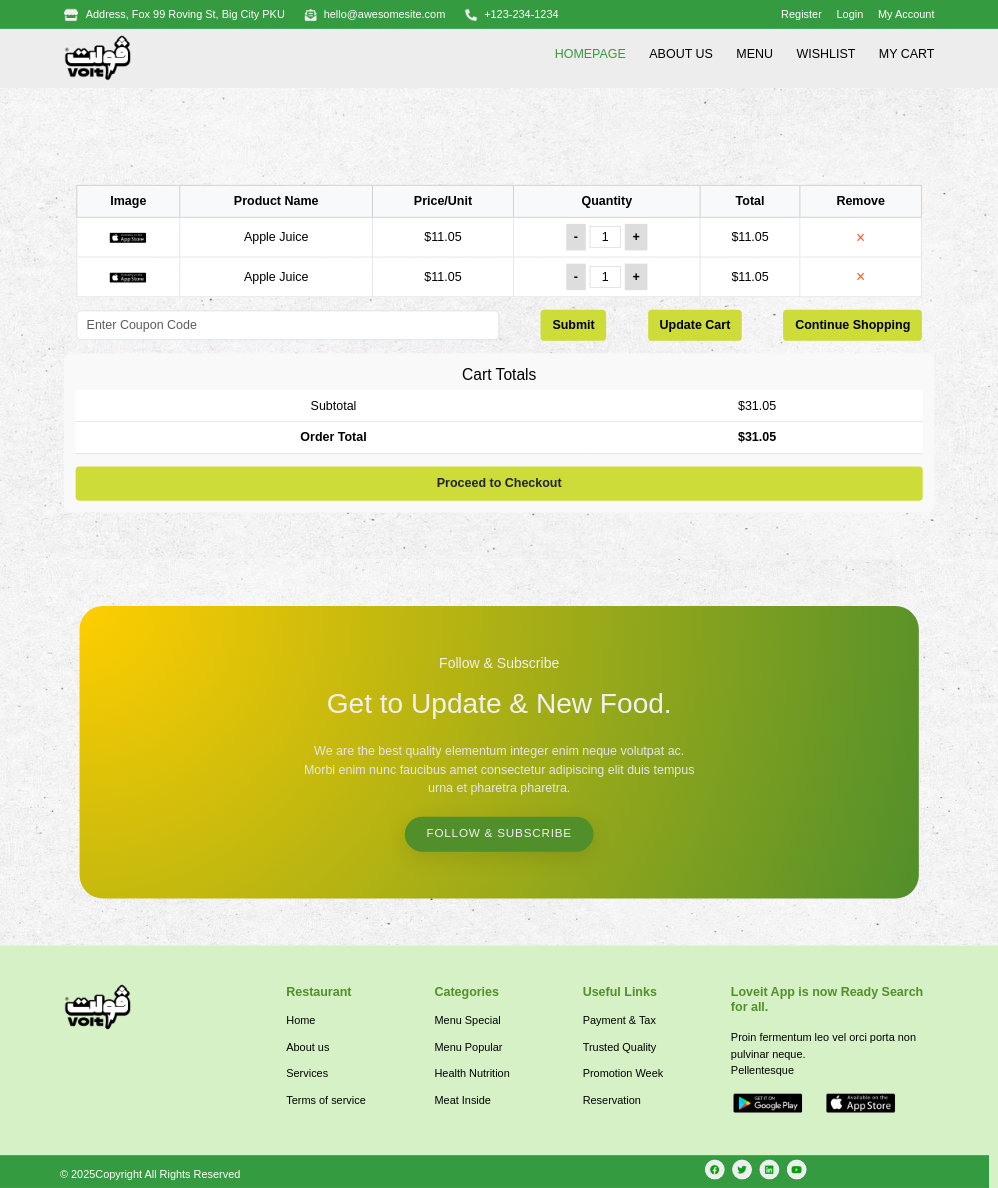
Repository: junivig/volt-new-project
Page: checkout.html
An editor plug-in stored every save of this project. The page is shown before and after the next save, followed by the edit.
The browser window is 1280 px wide. The pictures show the whole page, at 78% of full size.

Above is the page before, as saved 2025-01-31 17:59:34.

### checkout.html
<!DOCTYPE html>
<html lang="en">

<head>
  <meta charset="utf-8">
  <meta content="width=device-width, initial-scale=1.0" name="viewport">
  <title>Checkout - Voltfood</title>
  <meta name="description" content="">
  <meta name="keywords" content="">

  <!-- Favicons -->
  <link href="assets/img/favicon.png" rel="icon">
  <link href="assets/img/apple-touch-icon.png" rel="apple-touch-icon">

  <!-- Fonts -->
  <link href="https://fonts.googleapis.com" rel="preconnect">
  <link href="https://fonts.gstatic.com" rel="preconnect" crossorigin>
  <link href="https://fonts.googleapis.com/css2?family=Roboto:ital,wght@0,100;0,300;0,400;0,500;0,700;0,900;1,100;1,300;1,400;1,500;1,700;1,900&family=Raleway:ital,wght@0,100;0,200;0,300;0,400;0,500;0,600;0,700;0,800;0,900;1,100;1,200;1,300;1,400;1,500;1,600;1,700;1,800;1,900&family=Ubuntu:ital,wght@0,300;0,400;0,500;0,700;1,300;1,400;1,500;1,700&display=swap" rel="stylesheet">

  <!-- Vendor CSS Files -->
  <link href="assets/vendor/bootstrap/css/bootstrap.min.css" rel="stylesheet">
  <link href="assets/vendor/bootstrap-icons/bootstrap-icons.css" rel="stylesheet">
  <link href="assets/vendor/aos/aos.css" rel="stylesheet">
  <link href="assets/vendor/glightbox/css/glightbox.min.css" rel="stylesheet">
  <link href="assets/vendor/swiper/swiper-bundle.min.css" rel="stylesheet">

  <!-- Main CSS File -->
  <link href="assets/css/main.css" rel="stylesheet">

  <!-- =======================================================
  * Template Name: eNno
  * Template URL: https://bootstrapmade.com/enno-free-simple-bootstrap-template/
  * Updated: Aug 07 2024 with Bootstrap v5.3.3
  * Author: BootstrapMade.com
  * License: https://bootstrapmade.com/license/
  ======================================================== -->
</head>

<body class="index-page">

  <header id="header" class="header ">
    <div class="container-fluid  top-header">
      <div class="container-xl">
          <div class="row align-items-center">
              <div class="col-md-8 d-flex align-items-center">
                <nav id="navmenu" class="navmenu">
                  <ul>
                <li class="">
                  <img src="assets/img/location-icon.png" alt="Location Icon" class="icon-right">
                  <span class="top-header-text">Address, Fox 99 Roving St, Big City PKU</span>
              </li>
                <li class="">
                  <img src="assets/img/email-icon.png" alt="Email Icon" class="icon-right">
                  <span class="top-header-text">hello@awesomesite.com</span>
              </li>
              <li class="">
                <img src="assets/img/phone-icon.png" alt="Phone Icon" class="icon-right">
                <span class="top-header-text">+123-234-1234</span>
            </li>
                  </ul>
                </nav>
              </div>
              <div class="col-md-4 text-end">
                  <a href="#" >Register</a>
                  <a href="#">Login</a>
                  <a href="#">My Account</a>
              </div>
          </div>
        </div>
  </div>
    <div class="container-fluid container-xl position-relative d-flex align-items-center">

      <a href="index.html" class="logo d-flex align-items-center me-auto">

        <img src="assets/img/logo.png" alt="Logo Image">
      </a>

      <nav id="navmenu" class="navmenu">
        <ul>
          <li><a href="index.html" class="active">HOMEPAGE</a></li>
          <li><a href="about.html">ABOUT US</a></li>
          <li><a href="menu.html">MENU</a></li>
          <li><a href="#">WISHLIST</a></li>
          <li><a href="#">MY CART</a></li>
          <!-- <li class="dropdown"><a href="#"><span>Dropdown</span> <i class="bi bi-chevron-down toggle-dropdown"></i></a>
            <ul>
              <li><a href="#">Dropdown 1</a></li>
              <li class="dropdown"><a href="#"><span>Deep Dropdown</span> <i class="bi bi-chevron-down toggle-dropdown"></i></a>
                <ul>
                  <li><a href="#">Deep Dropdown 1</a></li>
                  <li><a href="#">Deep Dropdown 2</a></li>
                  <li><a href="#">Deep Dropdown 3</a></li>
                  <li><a href="#">Deep Dropdown 4</a></li>
                  <li><a href="#">Deep Dropdown 5</a></li>
                </ul>
              </li>
              <li><a href="#">Dropdown 2</a></li>
              <li><a href="#">Dropdown 3</a></li>
              <li><a href="#">Dropdown 4</a></li>
            </ul>
          </li> -->
        </ul>
        <i class="mobile-nav-toggle d-xl-none bi bi-list"></i>
      </nav>

      <!-- <a class="btn-getstarted" href="index.html#about">Get Started</a> -->

    </div>
  </header>

  <main class="main">


        <!-- Checkout Section -->
        <section id="testimonials" class="testimonials section light-background bg-image">
            <div class="container mt-5">
                <div class="row">
                    <div class="">
                        <!-- Cart Table -->
                        <div class="cart-table p-3">
                            <table class="table table-bordered">
                                <thead class="table-light">
                                    <tr>
                                        <th>Image</th>
                                        <th>Product Name</th>
                                        <th>Price/Unit</th>
                                        <th>Quantity</th>
                                        <th>Total</th>
                                        <th>Remove</th>
                                    </tr>
                                </thead>
                                <tbody>
                                    <tr>
                                        <td><img src="apple.png" alt="Apple"></td>
                                        <td>Apple Juice</td>
                                        <td>$11.05</td>
                                        <td>
                                            <div class="quantity-control">
                                                <button class="decrease">-</button>
                                                <input type="text" value="1">
                                                <button class="increase">+</button>
                                            </div>
                                        </td>
                                        <td>$11.05</td>
                                        <td><span class="remove-btn">&times;</span></td>
                                    </tr>
                                    <tr>
                                        <td><img src="apple.png" alt="Apple"></td>
                                        <td>Apple Juice</td>
                                        <td>$11.05</td>
                                        <td>
                                            <div class="quantity-control">
                                                <button class="decrease">-</button>
                                                <input type="text" value="1">
                                                <button class="increase">+</button>
                                            </div>
                                        </td>
                                        <td>$11.05</td>
                                        <td><span class="remove-btn">&times;</span></td>
                                    </tr>
                                </tbody>
                            </table>

                            <!-- Coupon Code Section -->
                            <div class="d-flex justify-content-between align-items-center">
                                <input type="text" class="form-control w-50" placeholder="Enter Coupon Code">
                                <button class="btn btn-custom">Submit</button>
                                <button class="btn btn-custom">Update Cart</button>
                                <button class="btn btn-custom">Continue Shopping</button>
                            </div>
                        </div>
                    </div>


                </div>
                <div class="row">
                    <!-- Cart Totals Section -->
                    <div class="">
                        <div class="cart-summary">
                            <h5>Cart Totals</h5>
                            <table class="table">
                                <tr>
                                    <td>Subtotal</td>
                                    <td>$31.05</td>
                                </tr>
                                <tr>
                                    <td><strong>Order Total</strong></td>
                                    <td><strong>$31.05</strong></td>
                                </tr>
                            </table>
                            <button class="btn proceed-btn w-100">Proceed to Checkout</button>
                        </div>
                    </div>
                </div>
            </div>
        </section>
      <!-- /Checkout Section -->


  </main>





 <!-- /Subscribe Footer Section -->
 <section class="bg-image">
  <div class="footer-newsletter">
    <div class="container">
      <div class="row justify-content-center text-center">
        <div class="col-lg-6">
          <p class="footer-newsletter-sub-heading">Follow & Subscribe</p>
          <h4 class="footer-newsletter-heading">Get to Update & New Food.</h4>
          <p class="footer-newsletter-text">We are the best quality elementum integer enim neque volutpat ac. Morbi enim nunc
            faucibus amet consectetur adipiscing elit duis tempus urna et pharetra pharetra.</p>
            <div class="mt-4">
            <a href="#about" class="subscribe-button">FOLLOW & SUBSCRIBE</a>
          </div>
        </div>
      </div>
    </div>
  </div>
</section><!-- /Subscribe Footer Section -->

  <footer id="footer" class="footer">



    <div class="container footer-top">
      <div class="row gy-4">
        <div class="col-lg-3 col-md-6 footer-about">
          <a href="index.html" class="logo d-flex align-items-center me-auto">
            <img src="assets/img/logo.png" alt="Logo Image">
          </a>

        </div>

        <div class="col-lg-2 col-md-3 footer-links">
          <h4 class="footer-pages-heading">Restaurant</h4>
          <ul>
            <li> <a href="#">Home</a></li>
            <li> <a href="#">About us</a></li>
            <li> <a href="#">Services</a></li>
            <li> <a href="#">Terms of service</a></li>
          </ul>
        </div>

        <div class="col-lg-2 col-md-3 footer-links">
          <h4 class="footer-pages-heading">Categories</h4>
          <ul>
            <li> <a href="#">Menu Special</a></li>
            <li> <a href="#">Menu Popular</a></li>
            <li> <a href="#">Health Nutrition</a></li>
            <li> <a href="#">Meat Inside</a></li>
          </ul>
        </div>
        <div class="col-lg-2 col-md-3 footer-links">
          <h4 class="footer-pages-heading">Useful Links</h4>
          <ul>
            <li> <a href="#">Payment & Tax</a></li>
            <li> <a href="#">Trusted Quality</a></li>
            <li> <a href="#">Promotion Week</a></li>
            <li> <a href="#">Reservation</a></li>
          </ul>
        </div>

        <div class="col-lg-3 col-md-12">
          <h4 class="footer-pages-heading">Loveit App is now Ready Search for all.</h4>
          <p>Proin fermentum leo vel orci porta non pulvinar neque. <br> Pellentesque</p>
          <div class="row">
            <div class="col-lg-5 col-md-6 col-sm-12">
              <img src="assets/img/android.png" alt="Google Play Image" class="mobile-app-image">
           </div>
           <div class="col-lg-5 col-md-6 col-sm-12">
            <img src="assets/img/apple.png" alt="Apple Store Image" class="mobile-app-image">
         </div>
        </div>

      </div>
    </div>
    </div>
    <div class="row copyright mt-4">
      <div class="row">
      <div class="col-lg-6 col-md-12 col-sm-12">
        <p class="mt-2">© 2025<span>Copyright All Rights Reserved</span></p>
      </div>
      <div class="col-lg-3 col-md-12 col-md-12">
      </div>
      <div class="col-lg-3 col-md-12 col-md-12 social-media-icons">
        <div class="social-links d-flex text-end">
          <a href=""><img src="assets/img/facebook.png" alt="Logo Image"></a>
          <a href=""><img src="assets/img/twitter.png" alt="Logo Image"></a>
          <a href=""><img src="assets/img/linkedin.png" alt="Logo Image"></i></a>
          <a href=""><img src="assets/img/youtube.png" alt="Logo Image"></i></a>
        </div>
      </div>
      </div>
    </div>
  </footer>

  <!-- Scroll Top -->
  <a href="#" id="scroll-top" class="scroll-top d-flex align-items-center justify-content-center"><i class="bi bi-arrow-up-short"></i></a>

  <!-- Preloader -->
  <div id="preloader"></div>

  <!-- Vendor JS Files -->
  <script src="assets/vendor/bootstrap/js/bootstrap.bundle.min.js"></script>
  <script src="assets/vendor/php-email-form/validate.js"></script>
  <script src="assets/vendor/aos/aos.js"></script>
  <script src="assets/vendor/glightbox/js/glightbox.min.js"></script>
  <script src="assets/vendor/purecounter/purecounter_vanilla.js"></script>
  <script src="assets/vendor/imagesloaded/imagesloaded.pkgd.min.js"></script>
  <script src="assets/vendor/isotope-layout/isotope.pkgd.min.js"></script>
  <script src="assets/vendor/swiper/swiper-bundle.min.js"></script>
  <script>
    fetch("footer.html")
      .then(response => response.text())
      .then(data => document.getElementById("footer-placeholder").innerHTML = data)
      .catch(error => console.error("Error loading the footer:", error));
  </script>

  <!-- Main JS File -->
  <script src="assets/js/main.js"></script>
  <script>
    document.addEventListener("DOMContentLoaded", function () {
        document.querySelectorAll(".quantity-control button").forEach(button => {
            button.addEventListener("click", function () {
                let input = this.parentElement.querySelector("input");
                let value = parseInt(input.value);
                if (this.classList.contains("increase")) {
                    input.value = value + 1;
                } else if (this.classList.contains("decrease") && value > 1) {
                    input.value = value - 1;
                }
            });
        });

        document.querySelectorAll(".remove-btn").forEach(button => {
            button.addEventListener("click", function () {
                this.closest("tr").remove();
            });
        });
    });
</script>

</body>

</html>

### footer.html
<!-- Subscribe Footer Section -->
<section class="bg-image">
    <div class="footer-newsletter">
      <div class="container">
        <div class="row justify-content-center text-center">
          <div class="col-lg-6">
            <p class="footer-newsletter-sub-heading">Follow & Subscribe</p>
            <h4 class="footer-newsletter-heading">Get to Update & New Food.</h4>
            <p class="footer-newsletter-text">We are the best quality elementum integer enim neque volutpat ac. Morbi enim nunc
              faucibus amet consectetur adipiscing elit duis tempus urna et pharetra pharetra.</p>
            <div class="mt-4">
              <a href="#about" class="subscribe-button">FOLLOW & SUBSCRIBE</a>
            </div>
          </div>
        </div>
      </div>
    </div>
  </section>


  <footer id="footer" class="footer">
    <div class="container footer-top">
      <div class="row gy-4">
        <div class="col-lg-3 col-md-6 footer-about">
          <a href="index.html" class="logo d-flex align-items-center me-auto">
            <img src="assets/img/logo.png" alt="Logo Image">
          </a>
        </div>

        <div class="col-lg-2 col-md-3 footer-links">
          <h4 class="footer-pages-heading">Restaurant</h4>
          <ul>
            <li><a href="#">Home</a></li>
            <li><a href="#">About us</a></li>
            <li><a href="#">Services</a></li>
            <li><a href="#">Terms of service</a></li>
          </ul>
        </div>

        <div class="col-lg-2 col-md-3 footer-links">
          <h4 class="footer-pages-heading">Categories</h4>
          <ul>
            <li><a href="#">Menu Special</a></li>
            <li><a href="#">Menu Popular</a></li>
            <li><a href="#">Health Nutrition</a></li>
            <li><a href="#">Meat Inside</a></li>
          </ul>
        </div>

        <div class="col-lg-2 col-md-3 footer-links">
          <h4 class="footer-pages-heading">Useful Links</h4>
          <ul>
            <li><a href="#">Payment & Tax</a></li>
            <li><a href="#">Trusted Quality</a></li>
            <li><a href="#">Promotion Week</a></li>
            <li><a href="#">Reservation</a></li>
          </ul>
        </div>

        <div class="col-lg-3 col-md-12">
          <h4 class="footer-pages-heading">Loveit App is now Ready Search for all.</h4>
          <p>Proin fermentum leo vel orci porta non pulvinar neque. <br> Pellentesque</p>
          <div class="row">
            <div class="col-lg-5 col-md-6 col-sm-12">
              <img src="assets/img/android.png" alt="Google Play Image" class="mobile-app-image">
            </div>
            <div class="col-lg-5 col-md-6 col-sm-12">
              <img src="assets/img/apple.png" alt="Apple Store Image" class="mobile-app-image">
            </div>
          </div>
        </div>
      </div>
    </div>

    <div class="row copyright mt-4">
      <div class="row">
        <div class="col-lg-6 col-md-12 col-sm-12">
          <p class="mt-2">&copy; 2025 <span>Copyright All Rights Reserved</span></p>
        </div>
        <div class="col-lg-3 col-md-12 col-md-12"></div>
        <div class="col-lg-3 col-md-12 col-md-12 social-media-icons">
          <div class="social-links d-flex text-end">
            <a href=""><img src="assets/img/facebook.png" alt="Logo Image"></a>
            <a href=""><img src="assets/img/twitter.png" alt="Logo Image"></a>
            <a href=""><img src="assets/img/linkedin.png" alt="Logo Image"></a>
            <a href=""><img src="assets/img/youtube.png" alt="Logo Image"></a>
          </div>
        </div>
      </div>
    </div>
  </footer>

Loaded but not shown: assets/vendor/bootstrap/css/bootstrap.min.css (library); assets/vendor/bootstrap-icons/bootstrap-icons.css (library); assets/vendor/aos/aos.css (library); assets/vendor/glightbox/css/glightbox.min.css (library); assets/vendor/swiper/swiper-bundle.min.css (library); assets/vendor/bootstrap/js/bootstrap.bundle.min.js (library); assets/vendor/php-email-form/validate.js (common file); assets/vendor/aos/aos.js (library); assets/vendor/glightbox/js/glightbox.min.js (library); assets/vendor/purecounter/purecounter_vanilla.js (library); assets/vendor/imagesloaded/imagesloaded.pkgd.min.js (library); assets/vendor/isotope-layout/isotope.pkgd.min.js (library); assets/vendor/swiper/swiper-bundle.min.js (library); assets/js/main.js (209 lines, source omitted); assets/css/main.css (2438 lines, source omitted)

After the next save:
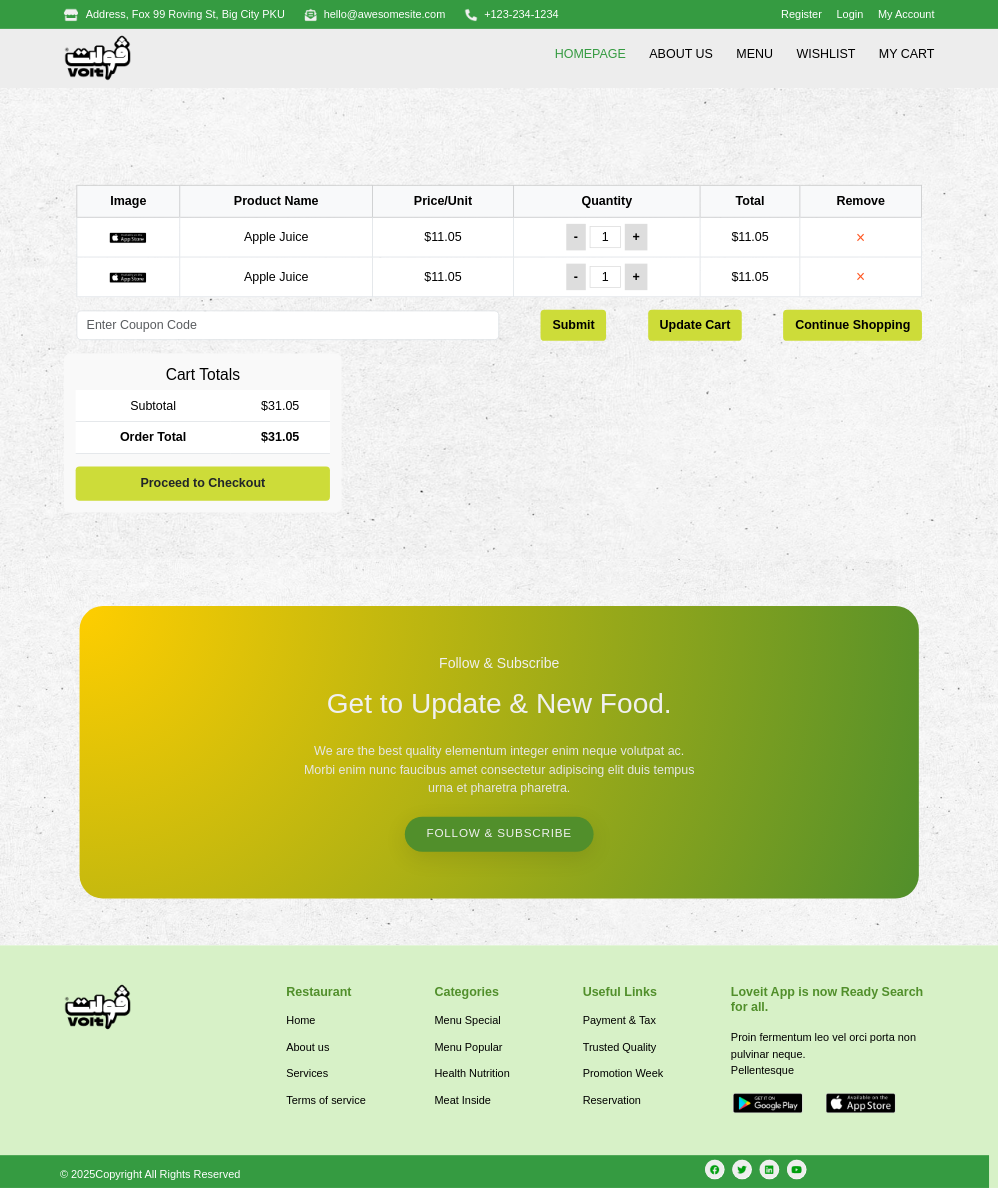
Saved 34 s later.
--- a/checkout.html
+++ b/checkout.html
@@ -175,7 +175,7 @@
                 </div>
                 <div class="row">
                     <!-- Cart Totals Section -->
-                    <div class="">
+                    <div class="col-lg-4 text-end">
                         <div class="cart-summary">
                             <h5>Cart Totals</h5>
                             <table class="table">
